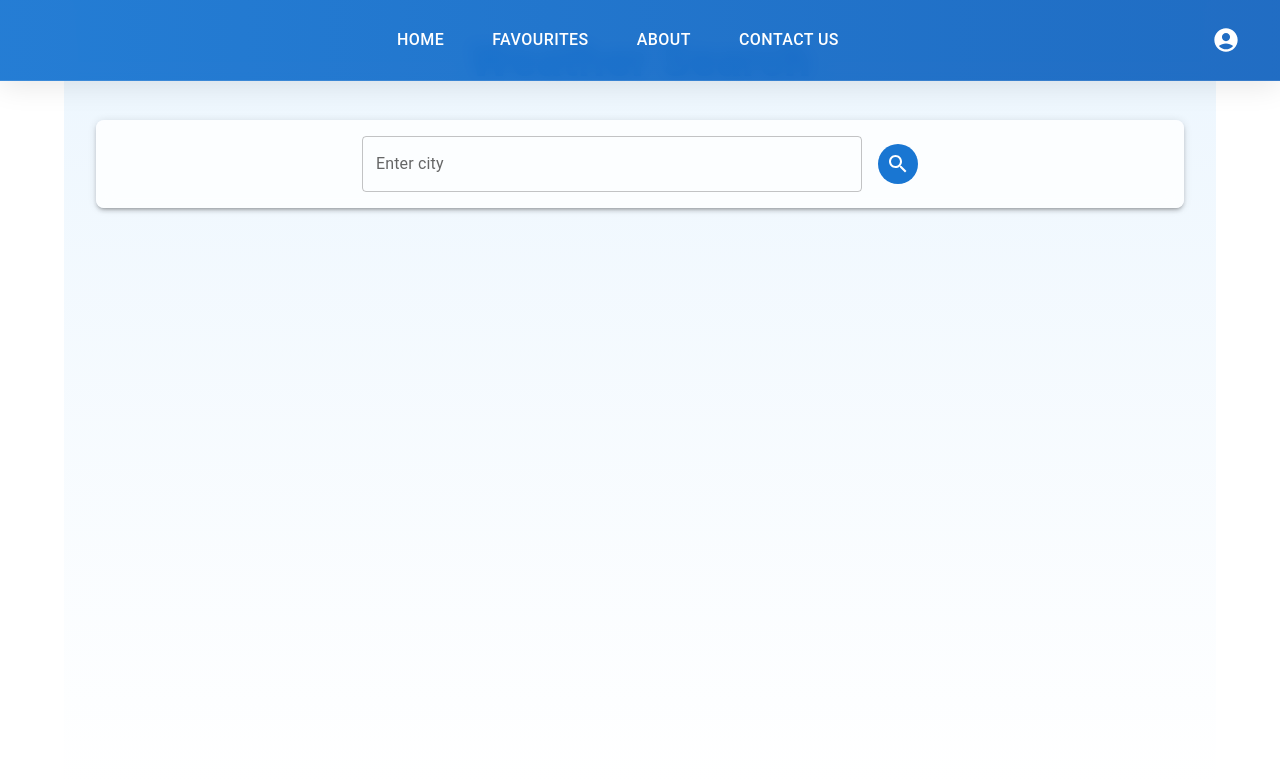
Repository: sphllzulu/TemperatureTrail
Page: / (app in frontend/)
An editor plug-in stored every save of this project. The page is shown before and after a run of saves, followed by the edit.
The browser window is 1280 px wide. The pictures show the whole page.
The project was rebuilt for these pictures with package versions that can differ from the ones it lists, and the page was loaded fresh each time. Also part of the build but not shown: frontend/vite.config.js, frontend/src/components/SuggestedActivities.jsx, frontend/src/components/Map.jsx, frontend/src/pages/Profile.jsx, frontend/src/components/Login.jsx, frontend/src/components/Register.jsx.

Above is the page before, as saved 2025-01-15 16:18:52.

After the next 4 saves:
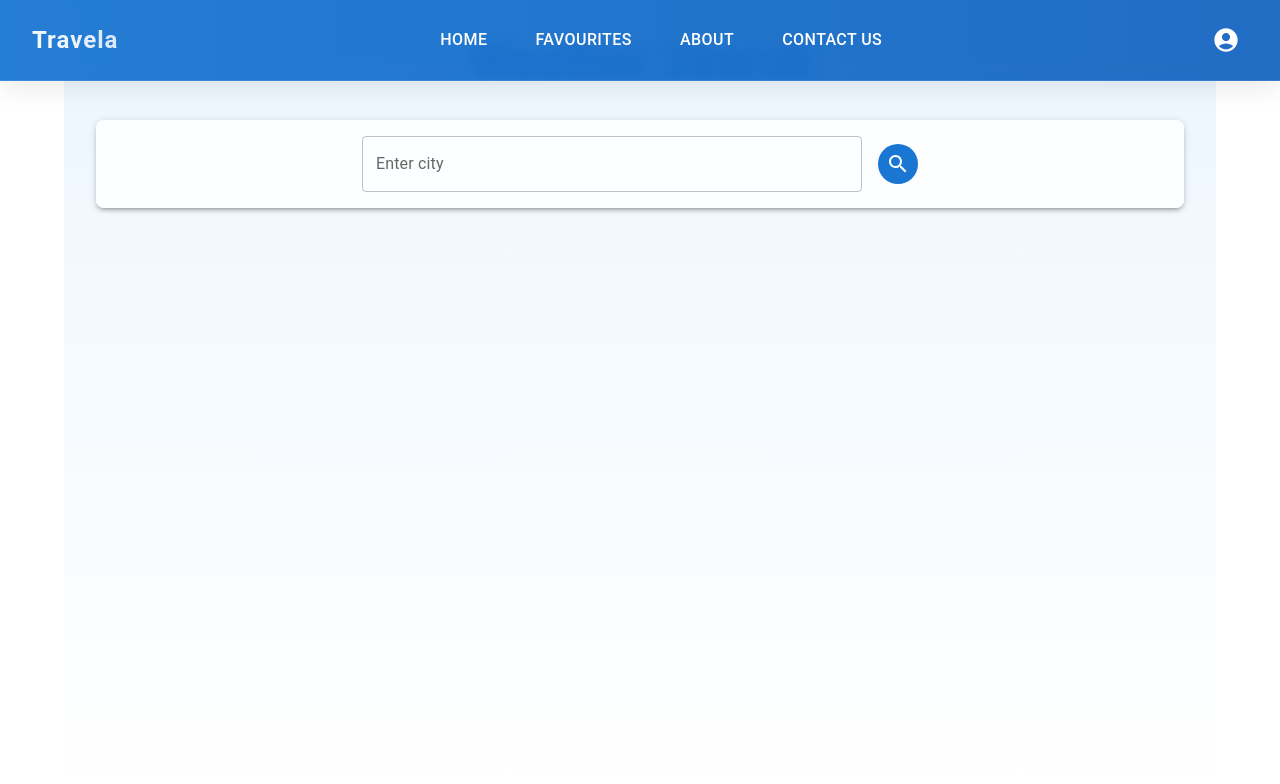
The 4 saves are shown as one change because they came seconds apart.
The last was saved 9 s later.
--- a/frontend/src/components/Navbar.jsx
+++ b/frontend/src/components/Navbar.jsx
@@ -96,7 +96,7 @@ function Navbar() {
               },
             }}
           >
-
+            Travela
           </Typography>
 
           {/* Navigation Links */}
